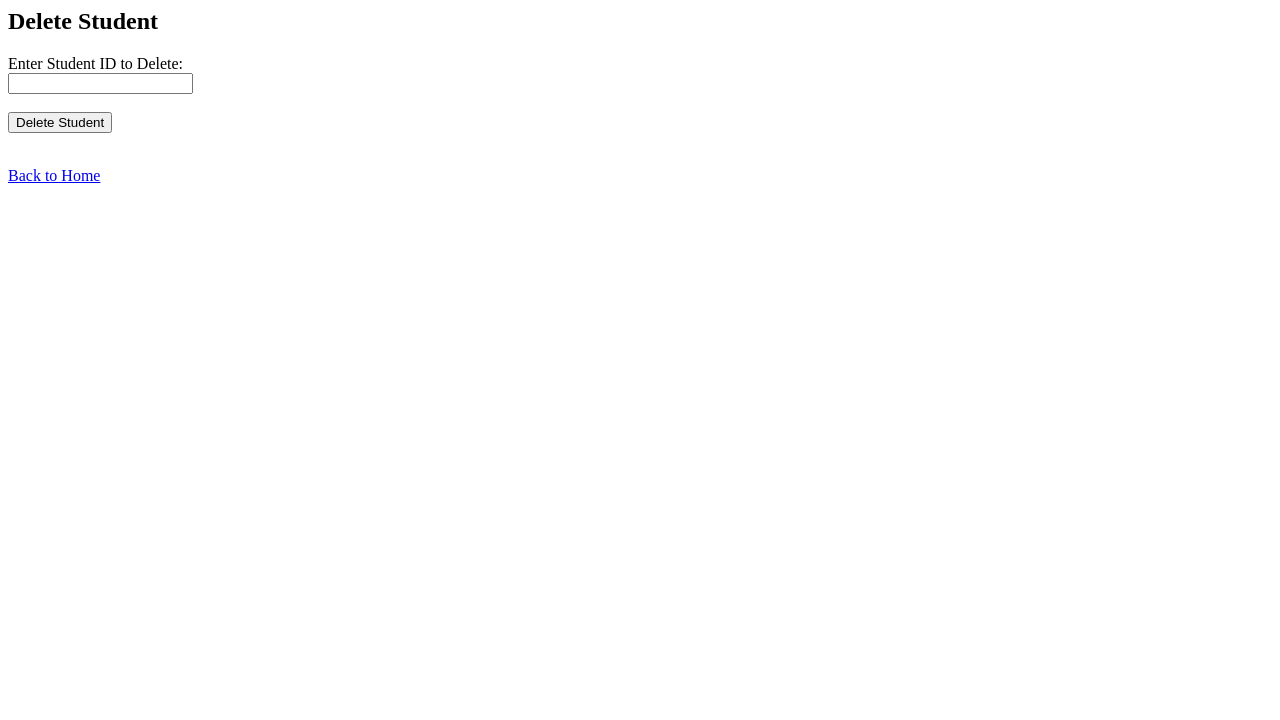
Repository: Keerthana2M/Hostel-Management-system
Page: http://localhost/Hostelweb/studentdelete.jsp
The author's editor kept a copy of each file at every save. The page is drawn from the files as they stood at one save, then again after the next save.
The browser window is 1280 px wide. The pictures show the whole page.
The page is served by Tomcat 9.

Above is the page before, as saved 2025-05-28 13:26:39.

After the next save:
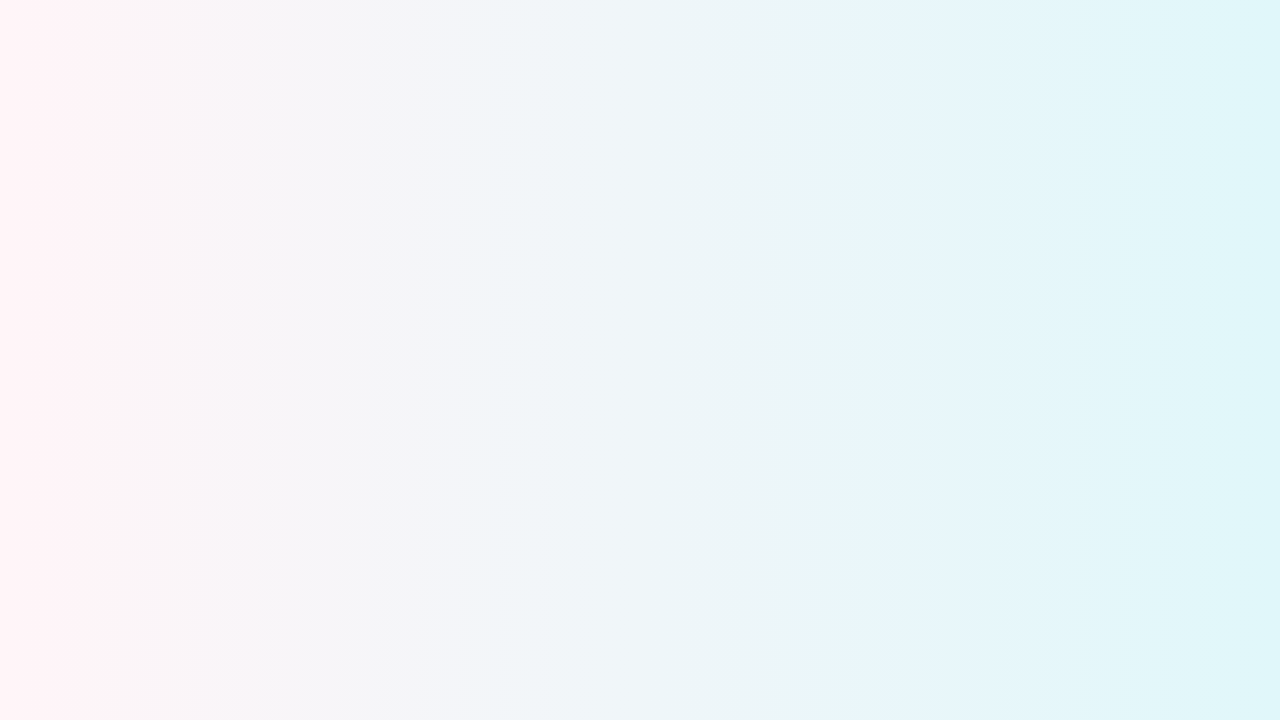
Saved 87 s later.
--- a/Hostelweb/src/main/webapp/studentdelete.jsp
+++ b/Hostelweb/src/main/webapp/studentdelete.jsp
@@ -2,15 +2,68 @@
 <html>
 <head>
   <title>Delete Student</title>
-</head>
-<body>
-<h2>Delete Student</h2>
-<form action="DeleteStudentServlet" method="post">
-  <label for="id">Enter Student ID to Delete:</label><br>
-  <input type="number" name="id" required><br><br>
-  <input type="submit" value="Delete Student">
-</form>
-<br>
-<a href="index.jsp">Back to Home</a>
-</body>
-</html>
+  <style>
+    body {
+      font-family: 'Segoe UI', Tahoma, Geneva, Verdana, sans-serif;
+      background: linear-gradient(to right, #fff5f8, #e0f7fa);
+      display: flex;
+      flex-direction: column;
+      align-items: center;
+      padding: 50px;
+    }
+
+    h2 {
+      color: #ff6f91;
+      margin-bottom: 30px;
+    }
+
+    form {
+      background-color: white;
+      padding: 30px 40px;
+      border-radius: 12px;
+      box-shadow: 0 8px 20px rgba(0, 0, 0, 0.1);
+      width: 100%;
+      max-width: 400px;
+    }
+
+    label {
+      font-weight: bold;
+      color: #333;
+      display: block;
+      margin-bottom: 8px;
+    }
+
+    input[type="number"] {
+      width: 100%;
+      padding: 10px;
+      font-size: 1rem;
+      border-radius: 6px;
+      border: 1px solid #ccc;
+      margin-bottom: 20px;
+      transition: border-color 0.3s;
+    }
+
+    input[type="number"]:focus {
+      border-color: #4a90e2;
+      outline: none;
+    }
+
+    input[type="submit"] {
+      background-color: #ff6f91;
+      color: white;
+      font-weight: bold;
+      border: none;
+      padding: 12px;
+      width: 100%;
+      border-radius: 6px;
+      font-size: 1rem;
+      cursor: pointer;
+      transition: background-color 0.3s ease;
+    }
+
+    input[type="submit"]:hover {
+      background-color: #e15578;
+    }
+
+    a {
+      dis
